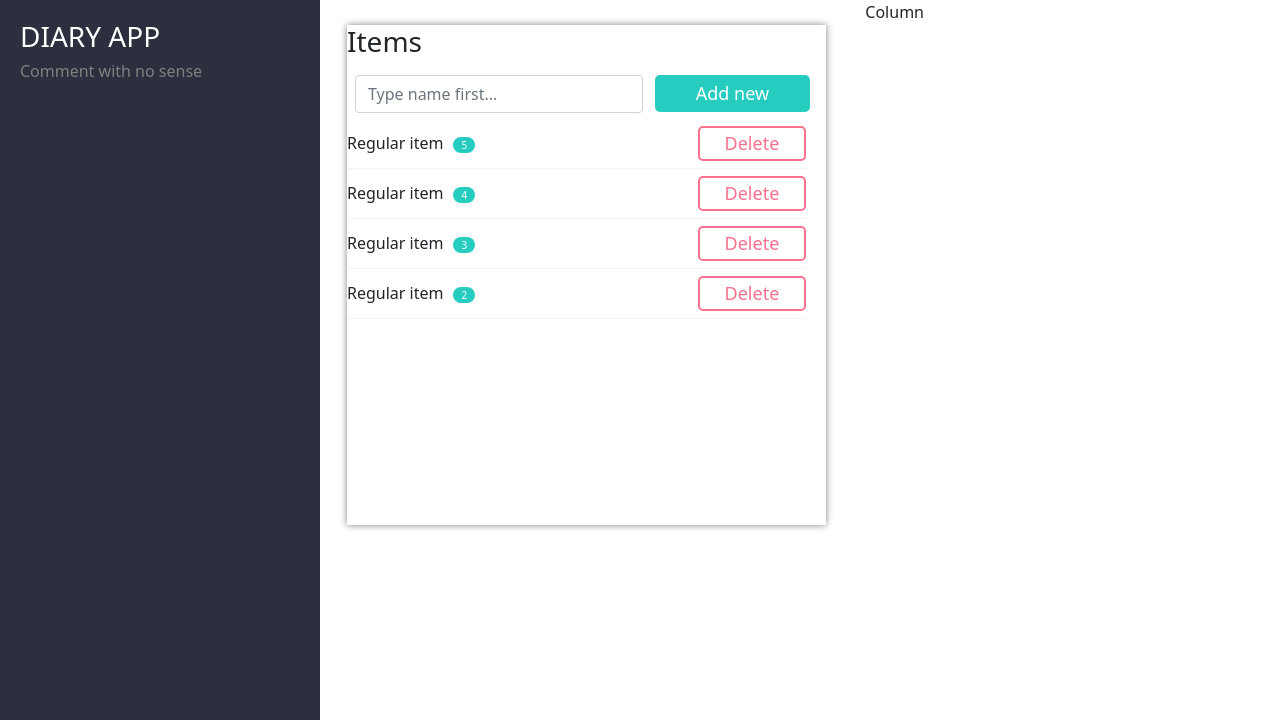
Repository: tsydikov/diary
Page: /
These files come from the project's save history. The page is drawn as it stood at one moment and after the next save; the edit follows.
The browser window is 1280 px wide. The pictures show the whole page.
The project was rebuilt for these pictures with package versions that can differ from the ones it lists, and the page was loaded fresh each time.

Above is the page before, as saved 2021-09-10 21:42:11.

After the next save:
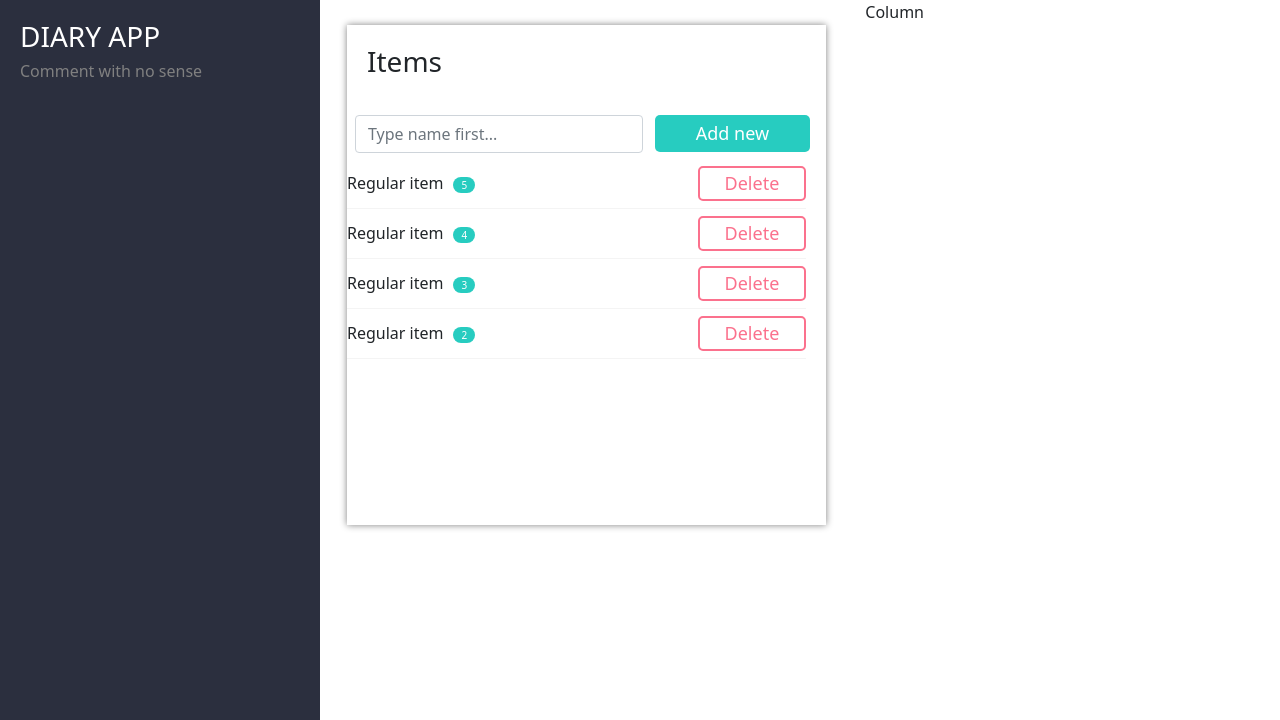
Saved 31 s later.
--- a/src/components/ItemForm.jsx
+++ b/src/components/ItemForm.jsx
@@ -17,7 +17,7 @@ const ItemForm = ({create}) => {
 
     return (
         <div className="container-fluid px-0" >
-            <h3>Items</h3>
+            <h3 className="h3">Items</h3>
             <div className="row p-2">
               <div className="col-8 ">
                 <input
